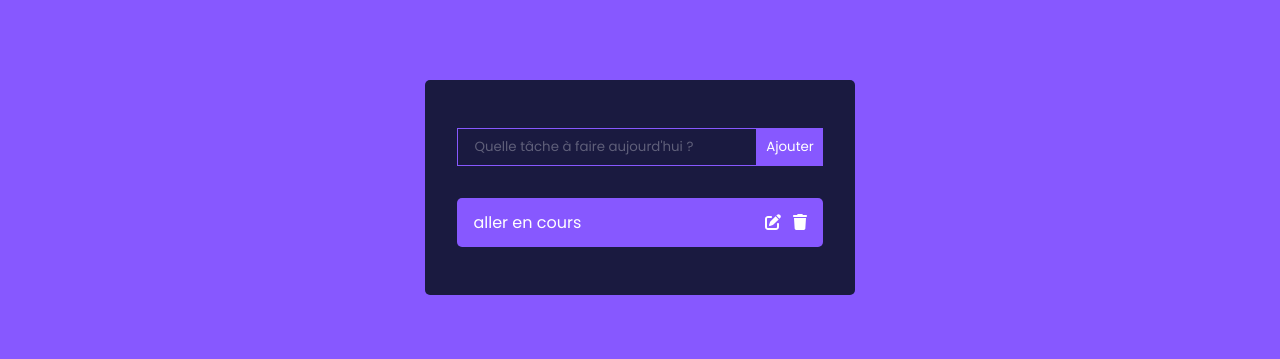
Repository: Loetitia27006/todo_list
Page: /
An editor plug-in stored every save of this project. The page is shown before and after the next save, followed by the edit.
The browser window is 1280 px wide. The pictures show the whole page.
The project was rebuilt for these pictures with package versions that can differ from the ones it lists, and the page was loaded fresh each time.

Above is the page before, as saved 2023-08-17 18:32:07.

### public/index.html
<!DOCTYPE html>
<html lang="en">
  <head>
    <meta charset="utf-8" />
    <link rel="icon" href="%PUBLIC_URL%/logo-black.svg" />
    <meta name="viewport" content="width=device-width, initial-scale=1" />
    <meta name="theme-color" content="#000000" />
    <meta
      name="description"
      content="Web site created using create-react-app"
    />
    <link rel="apple-touch-icon" href="%PUBLIC_URL%/logo-black.svg" />
    <!--
      manifest.json provides metadata used when your web app is installed on a
      user's mobile device or desktop. See https://developers.google.com/web/fundamentals/web-app-manifest/
    -->
    <link rel="manifest" href="%PUBLIC_URL%/manifest.json" />
    <!--
      Notice the use of %PUBLIC_URL% in the tags above.
      It will be replaced with the URL of the `public` folder during the build.
      Only files inside the `public` folder can be referenced from the HTML.

      Unlike "/favicon.ico" or "favicon.ico", "%PUBLIC_URL%/favicon.ico" will
      work correctly both with client-side routing and a non-root public URL.
      Learn how to configure a non-root public URL by running `npm run build`.
    -->
    <title>Todo List</title>
  </head>
  <body>
    <noscript>You need to enable JavaScript to run this app.</noscript>
    <div id="root"></div>
    <!--
      This HTML file is a template.
      If you open it directly in the browser, you will see an empty page.

      You can add webfonts, meta tags, or analytics to this file.
      The build step will place the bundled scripts into the <body> tag.

      To begin the development, run `npm start` or `yarn start`.
      To create a production bundle, use `npm run build` or `yarn build`.
    -->
  </body>
</html>

### src/App.css
@import url('https://fonts.googleapis.com/css2?family=Poppins&display=swap');

* {
  font-family: 'Poppins', sans-serif;
  margin: 0;
  padding: 0;
  box-sizing: border-box;
}

body {
  background: #8758ff;
  display: flex;
  justify-content: center;
  align-items: center;
}

.App {
  text-align: center;
}

h1 {
  color: #fff;
  margin-bottom: 0.5rem;
  font-size: 1.75rem;
}

.TodoWrapper {
  background: #1A1A40;
  margin-top: 5rem;
  padding: 2rem;
  border-radius: 5px;
}

.TodoForm {
  width: 100%;
}

.todo-input {
  outline: none;
  background: none;
  border: 1px solid #8758ff;
  padding: 0.5rem 1rem;
  margin-top: 1rem;
  margin-bottom: 2rem;
  width: 300px;
  color: #fff;
}

.todo-input::placeholder {
  color: #ffffff4d;
}

.todo-btn {
  background: #8758ff;
  color: #fff;
  border: none;
  padding: 0.55rem;
  cursor: pointer;

}

.Todo {
  display: flex;
  justify-content: space-between;
  align-items: center;
  background: #8758ff;
  color: #fff;
  padding: 0.75rem 1rem;
  border-radius: 5px;
  margin-bottom: 1rem;
  cursor: pointer;
}

.fa-trash {
  margin-left: 0.75rem;
}

.completed {
  color: #c5aeff;
  text-decoration: line-through;
}

### src/components/TodoWrapper.js
import React, {useState} from 'react'
import { TodoForm } from './TodoForm'
import { v4 as uuidv4 } from 'uuid'
import { Todo } from './Todo'
uuidv4()

export const TodoWrapper = () => {

    const [todos, setTodos] = useState([])

    const addTodo = todo =>{
        setTodos([...todos, {id: uuidv4(), task: todo,
        completed: false, isEditing: false}])
        console.log(todos)
    }

  return (
    <div className='TodoWrapper'>
        <TodoForm addTodo={addTodo}/>
        <Todo />
    </div>
  )
}

### src/components/TodoForm.js
import React, {useState} from 'react'

export const TodoForm = ({addTodo}) => {

    const [value, setValue] = useState("")
    const handleSubmit = e => {
        e.preventDefault()
        addTodo(value)
        setValue("")
    }

  return (
    <form className='Todoform' onSubmit={handleSubmit}>
        <input type="text" className='todo-input' value={value} placeholder="Quelle tâche à faire aujourd'hui ?"
        onChange={(e)=>setValue(e.target.value)}/>
        <button type='submit' className='todo-btn'>Ajouter</button>
    </form>
  )
}

### src/components/Todo.js
import React from 'react'
import { FontAwesomeIcon } from "@fortawesome/react-fontawesome";
import { faPenToSquare } from "@fortawesome/free-solid-svg-icons";
import { faTrash } from "@fortawesome/free-solid-svg-icons";

export const Todo = () => {
  return (
    <div className='Todo'>
      <p>aller en cours</p>
      <div>
        <FontAwesomeIcon icon={faPenToSquare} />
        <FontAwesomeIcon icon={faTrash} />
      </div>
    </div>
  )
}

Loaded but not shown: src/index.js (common file); src/App.js (common file); src/reportWebVitals.js (common file)

After the next save:
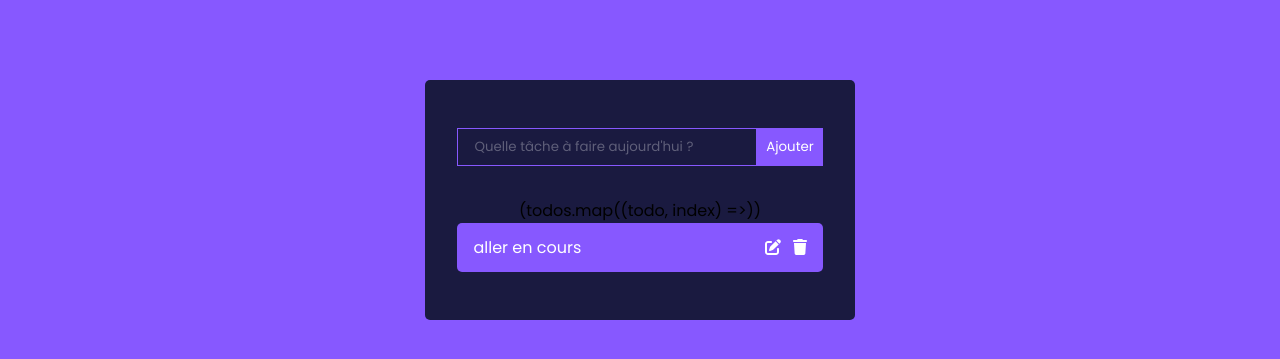
Saved 115 s later.
--- a/src/components/TodoWrapper.js
+++ b/src/components/TodoWrapper.js
@@ -17,6 +17,7 @@ export const TodoWrapper = () => {
   return (
     <div className='TodoWrapper'>
         <TodoForm addTodo={addTodo}/>
+        (todos.map((todo, index) =>))
         <Todo />
     </div>
   )
